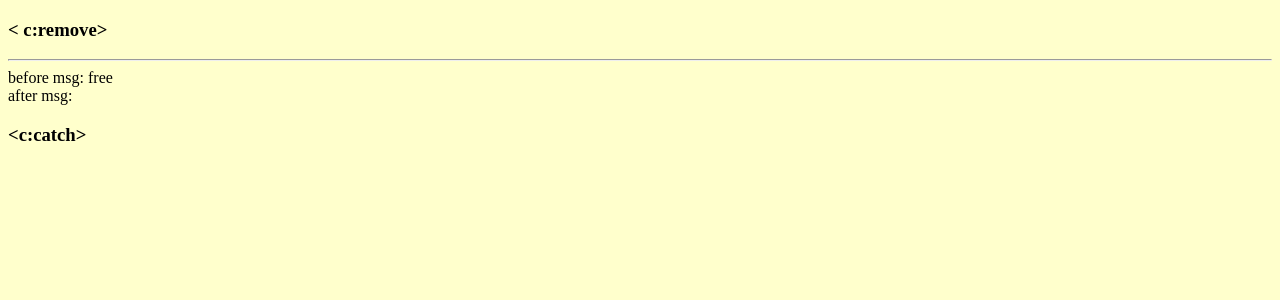
Repository: topblame/Bootcamp
Page: http://localhost/JSP_250408/chapter05/01_jstlExam.jsp
The author's editor kept a copy of each file at every save. The page is drawn from the files as they stood at one save, then again after the next save.
The browser window is 1280 px wide. The pictures show the whole page.
The page is served by Tomcat 9.

Above is the page before, as saved 2025-06-27 02:19:04.

After the next save:
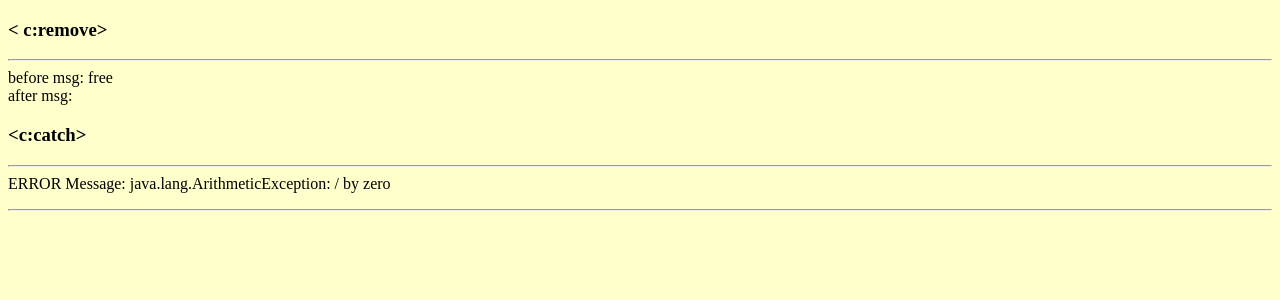
Saved 51 s later.
--- a/WebMvc/JSP_250408/src/main/webapp/chapter05/01_jstlExam.jsp
+++ b/WebMvc/JSP_250408/src/main/webapp/chapter05/01_jstlExam.jsp
@@ -18,6 +18,16 @@ after msg: ${msg }
 <p></p>
 
 <h3>&lt;c:catch&gt;</h3>
+<hr />
+<c:catch var ="errMsg">
+<%= 9/0 %>
+</c:catch>
+ERROR Message: ${errMsg }
+<p></p>
+<hr />
+
+
+
 
 </body>
 </html>
